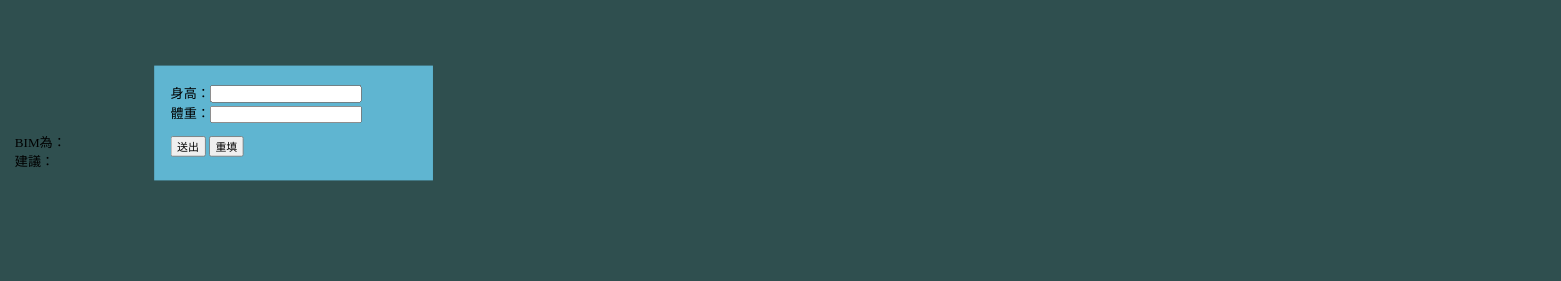
Repository: Digi-Duck/cybercube
Page: 12- 張雅婷/1117-bmi.html
The author's editor kept a copy of each file at every save. The page is drawn from the files as they stood at one save, then again after the next save.
The browser window is 1280 px wide. The page is 1280 px wide, then 1904 px, so the pictures cover 1904 px, including what lies to the right of the window. The pictures show the whole page, at 82% of full size.

Above is the page before, as saved 2022-11-24 13:53:46.

### 12- 張雅婷/1117-bmi.html
<!DOCTYPE html>
<html lang="en">

<head>
    <meta charset="UTF-8">
    <meta http-equiv="X-UA-Compatible" content="IE=edge">
    <meta name="viewport" content="width=device-width, initial-scale=1.0">
    <title>Document</title>
    <link rel="stylesheet" href="bmi.css">
</head>

<body>
    <!DOCTYPE html>
<html lang="en">

<head>
    <meta charset="UTF-8">
    <meta http-equiv="X-UA-Compatible" content="IE=edge">
    <meta name="viewport" content="width=device-width, initial-scale=1.0">
    <title>Document</title>
</head>

<body>
    <div class="bmi_input">
        <div class="input">
            身高：<input type="text" id="height" >
        </div>
        <div class="input">
            體重：<input type="text" id="weight">
       <p></p>
            <div class="btns">
                <button id="cal" >送出</button>
                <button type="reset">重填</button>
            </div>
        </div>
    </div>
    <div class="bmi_output act">
        <div id="bmi_num">BIM為：</div>
        <div id="bmi_tips">建議：</div>
    </div>

</body>
<!-- <div class="input">
        身高：<input type="text" id="tell" >
        體重：<input type="text" id="heavy">
   <p></p>
        <div class="btns">
            <input name="" value="送出"></input>
            <button type="reset">重填</button>
        </div>
    </div>
</div>
<div class="bmi">
    <div id="bminum">BIM為：</div>
    <div id="bmitips">建議：</div>
</div> -->

    <!-- <script type="text/javascript">
        function () {
            var tall = document.querySelector('.cm');
            var heavy = document.querySelector('.kg');
            var bmi = ;

        }
        function bmi(tall, heavy) {
            var bmi = (heavy % (tall * tall))
        }
        if((tall!="")&(heavy!="")){
            bmi.style.display="block";

        } -->


</html>

### 12- 張雅婷/bmi.css
.bmi_input{
    width: 300px;
    height: 100px;
    margin: 10px;
    align-items: center;
    transform:translate(50%,50%);
    background-color: #5fb5d1;
    padding: 20px;
    color: black;
}

.bmi_output.act{
    opacity:1;
    margin: 10px;
    align-items: center;
}
body{
    background-color: darkslategray;
}

After the next save:
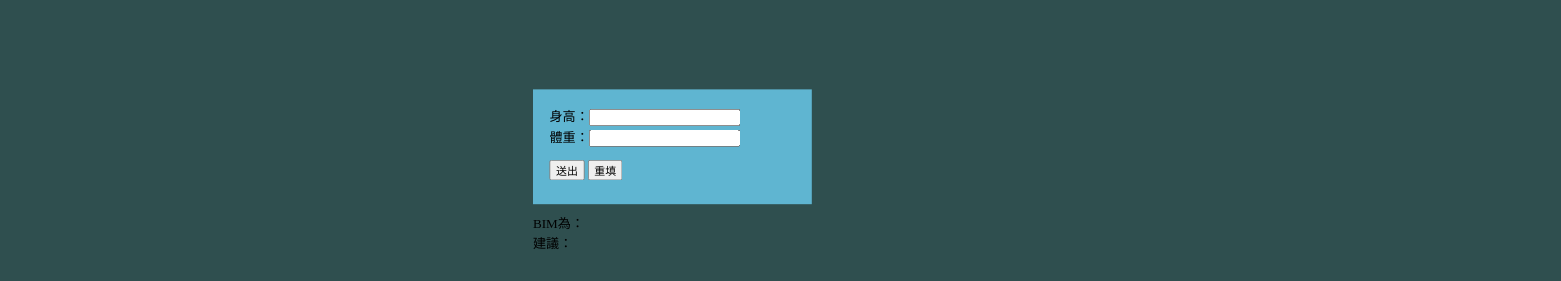
Saved 14 s later.
--- a/12- 張雅婷/bmi.css
+++ b/12- 張雅婷/bmi.css
@@ -3,7 +3,6 @@
     height: 100px;
     margin: 10px;
     align-items: center;
-    transform:translate(50%,50%);
     background-color: #5fb5d1;
     padding: 20px;
     color: black;
@@ -16,4 +15,5 @@
 }
 body{
     background-color: darkslategray;
+    transform:translate(50%,50%);
 }
